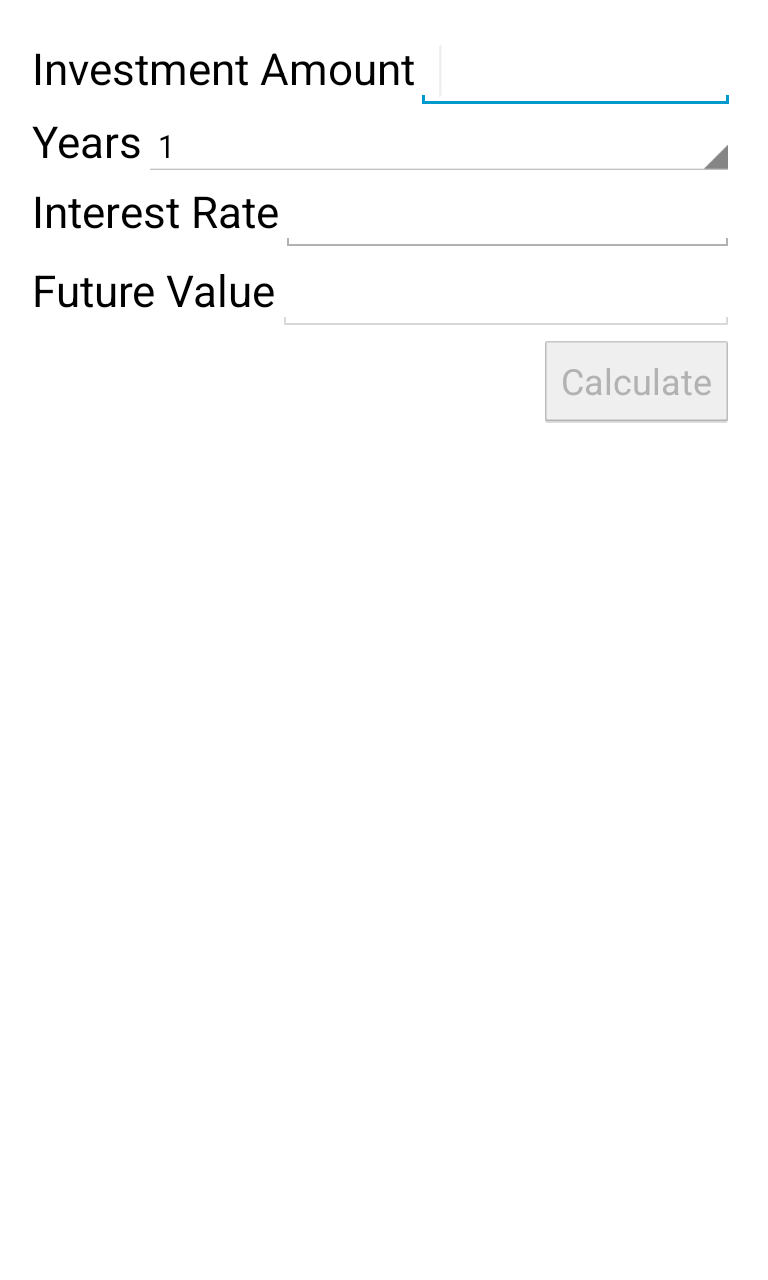
Repository: murrayr7/CISC181.PS5
Layout: FutureValueOfInvestment/res/layout/activity_main.xml
The author's editor kept a copy of each file at every save. The layout is drawn from the files as they stood at one save, then again after the next save.
It is drawn on a 768 x 1280 px phone screen (xhdpi) without system bars, with theme AppTheme; the app's code is not run.

Above is the layout before, as saved 2014-10-25 02:31:06.

After the next save:
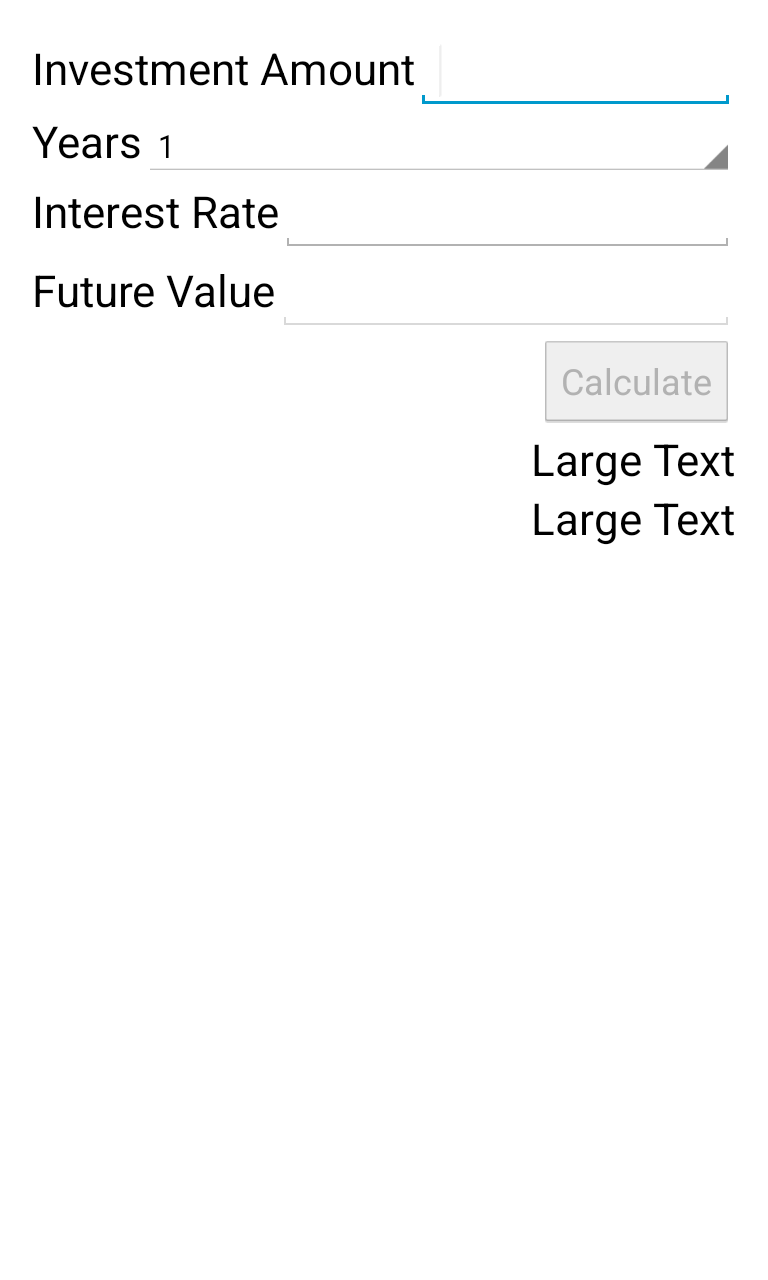
Saved 2 min 10 s later.
--- a/FutureValueOfInvestment/res/layout/activity_main.xml
+++ b/FutureValueOfInvestment/res/layout/activity_main.xml
@@ -104,4 +104,18 @@
         android:enabled="false"
         android:text="@string/button" />
 
+    <TextView
+        android:id="@+id/textView5"
+        android:layout_width="wrap_content"
+        android:layout_height="wrap_content"
+        android:text="Large Text"
+        android:textAppearance="?android:attr/textAppearanceLarge" />
+
+    <TextView
+        android:id="@+id/textView6"
+        android:layout_width="wrap_content"
+        android:layout_height="wrap_content"
+        android:text="Large Text"
+        android:textAppearance="?android:attr/textAppearanceLarge" />
+
 </LinearLayout>

After the save that followed:
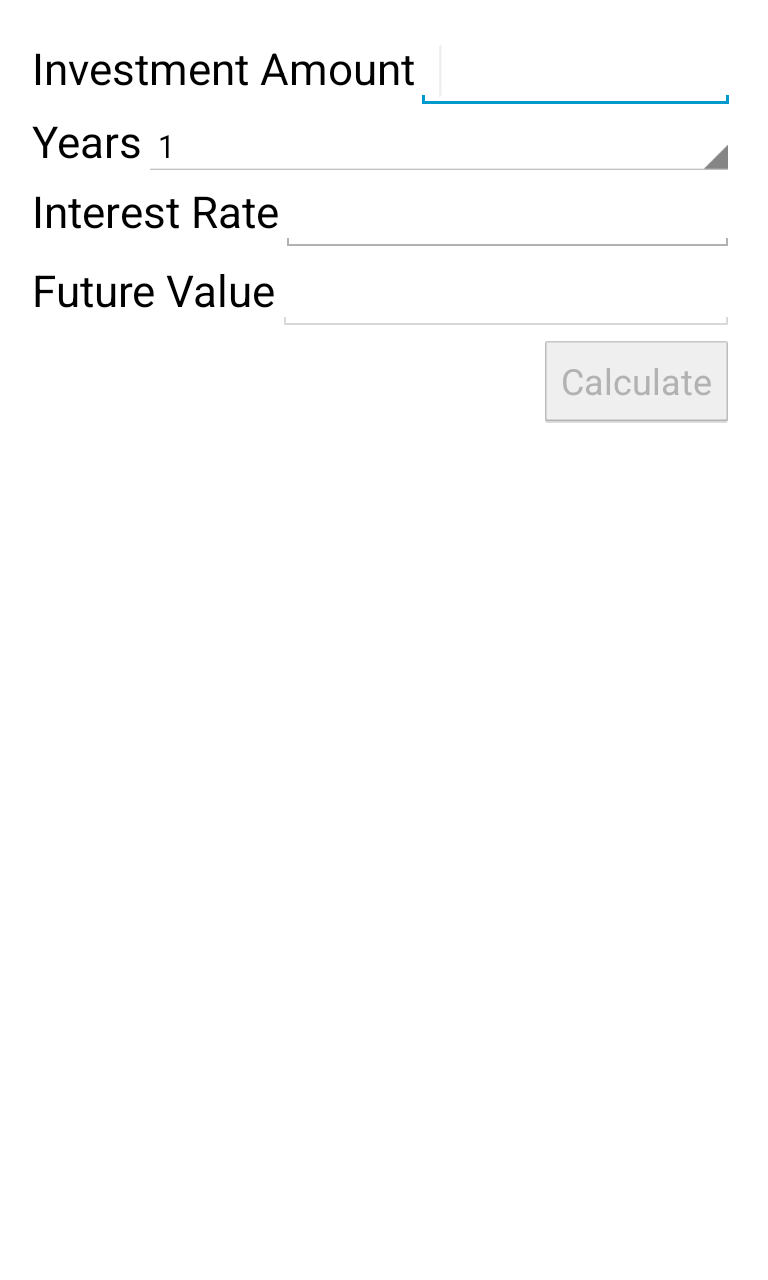
Saved 13 min 33 s later.
--- a/FutureValueOfInvestment/res/layout/activity_main.xml
+++ b/FutureValueOfInvestment/res/layout/activity_main.xml
@@ -104,18 +104,4 @@
         android:enabled="false"
         android:text="@string/button" />
 
-    <TextView
-        android:id="@+id/textView5"
-        android:layout_width="wrap_content"
-        android:layout_height="wrap_content"
-        android:text="Large Text"
-        android:textAppearance="?android:attr/textAppearanceLarge" />
-
-    <TextView
-        android:id="@+id/textView6"
-        android:layout_width="wrap_content"
-        android:layout_height="wrap_content"
-        android:text="Large Text"
-        android:textAppearance="?android:attr/textAppearanceLarge" />
-
 </LinearLayout>
